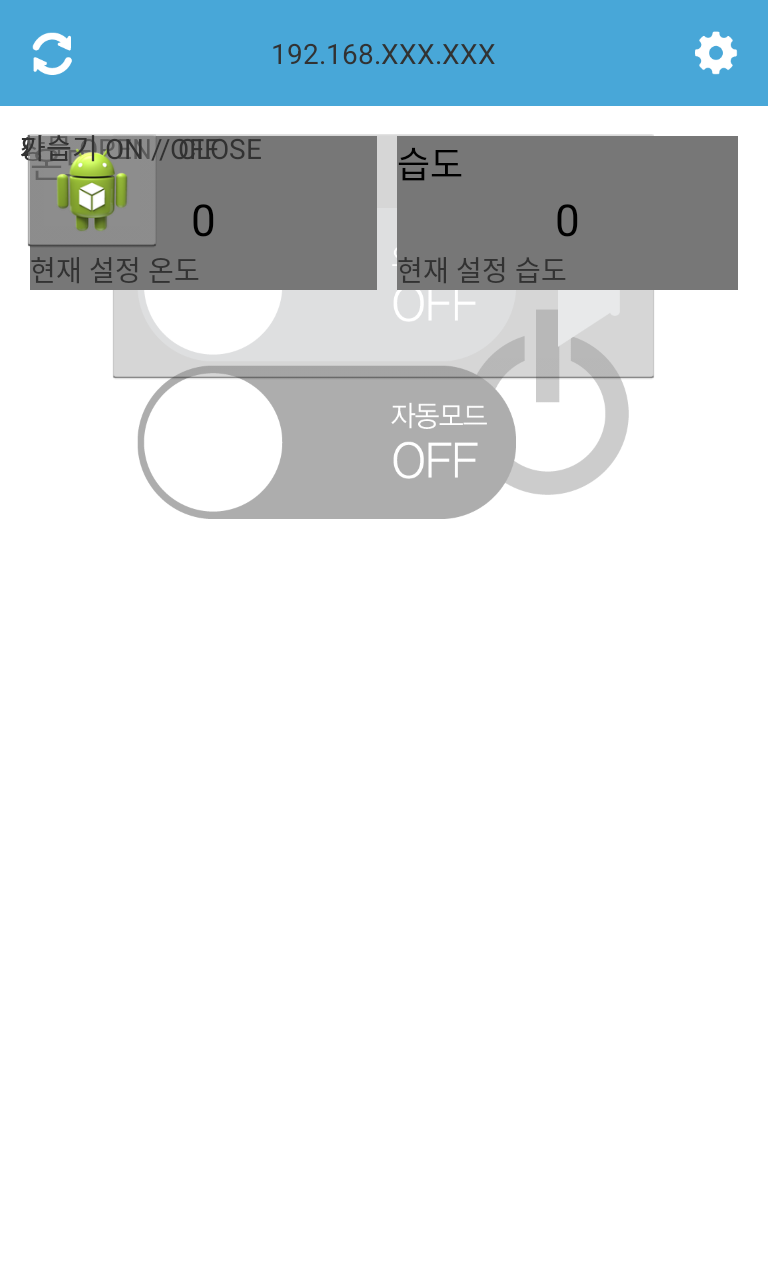
Repository: YeoeunJeong/SinNaYeo
Layout: sny_android/SinNaYeoAndroid/res/layout/activity_sin_na_yeo_main.xml
An editor plug-in stored every save of this project. The layout is shown before and after a run of saves, followed by the edit.
It is drawn on a 768 x 1280 px phone screen (xhdpi) without system bars, with theme android:Theme.Holo.Light.NoActionBar; the app's code is not run.

Above is the layout before, as saved 2015-09-24 19:06:49.

After the next 2 saves:
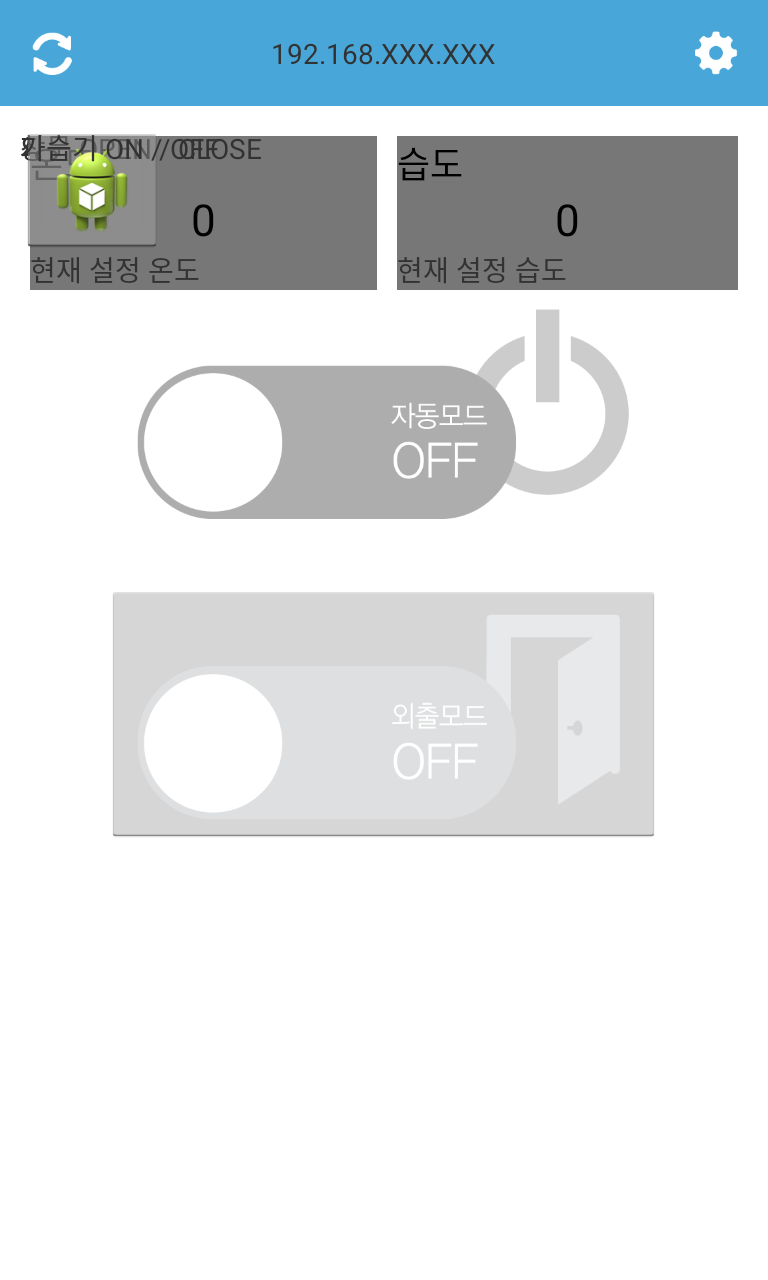
The 2 saves are shown as one change because they came seconds apart.
The last was saved 35 s later.
--- a/sny_android/SinNaYeoAndroid/res/layout/activity_sin_na_yeo_main.xml
+++ b/sny_android/SinNaYeoAndroid/res/layout/activity_sin_na_yeo_main.xml
@@ -59,8 +59,8 @@
             android:id="@+id/main_automode_btn"
             android:layout_width="wrap_content"
             android:layout_height="wrap_content"
+            android:layout_centerHorizontal="true"
             android:layout_marginTop="86.33dp"
-            android:layout_centerHorizontal="true"
             android:background="#00ff0000"
             android:src="@drawable/btn_auto_off" />
 
@@ -74,7 +74,9 @@
             android:id="@+id/main_outing_btn"
             android:layout_width="wrap_content"
             android:layout_height="wrap_content"
+            android:layout_below="@id/main_automode_btn"
             android:layout_centerHorizontal="true"
+            android:layout_marginTop="28.67dp"
             android:onClick="mOnClick"
             android:src="@drawable/btn_outing_nonclickable" />
 
